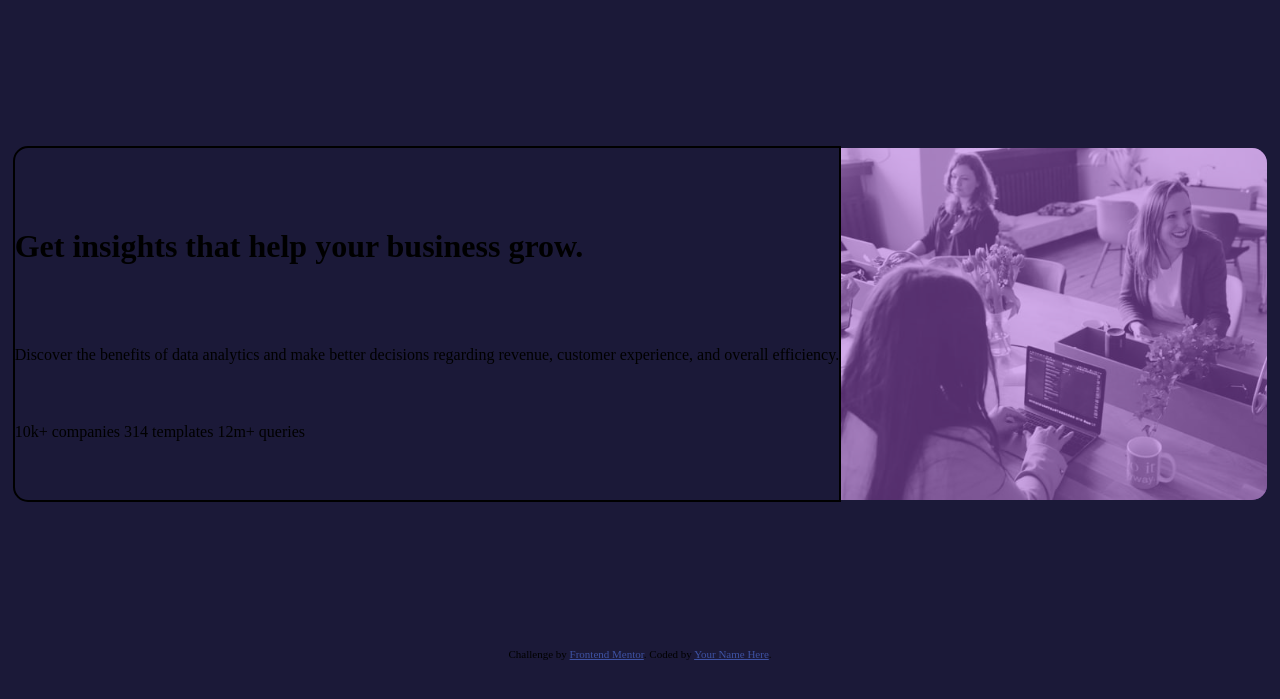
Repository: wasanmsn/Card_Challange
Page: index.html
An editor plug-in stored every save of this project. The page is shown before and after the next save, followed by the edit.
The browser window is 1280 px wide. The pictures show the whole page.

Above is the page before, as saved 2021-07-21 16:02:31.

### index.html
<!DOCTYPE html>
<html lang="en">

<head>
  <meta charset="UTF-8">
  <meta name="viewport" content="width=device-width, initial-scale=1.0">
  <!-- displays site properly based on user's device -->

  <link rel="icon" type="image/png" sizes="32x32" href="./images/favicon-32x32.png">
  <link rel="stylesheet" href="./stylesheet.css">

  <title>Frontend Mentor | Stats preview card component</title>

  <!-- Feel free to remove these styles or customise in your own stylesheet 👍 -->
  <style>
    .attribution {
      font-size: 11px;
      text-align: center;
    }

    .attribution a {
      color: hsl(228, 45%, 44%);
    }
  </style>
</head>

<body>
  <div class="container">
    <div class="column1">
      <h1>
        Get insights that help your business grow.
      </h1>
      <div>
        Discover the benefits of data analytics and make better decisions regarding revenue, customer
        experience, and overall efficiency.
      </div>
      <div>
        10k+ companies
        314 templates
        12m+ queries
      </div>
    </div>
      <div class="column2">
        <image id="img" src="./images/image-header-desktop.jpg">
    </div>
  </div>

  <div class="attribution">
    Challenge by <a href="https://www.frontendmentor.io?ref=challenge" target="_blank">Frontend Mentor</a>.
    Coded by <a href="#">Your Name Here</a>.
  </div>
</body>

</html>

### stylesheet.css
body{
    margin: 0;
    padding: 0;
    background-color: hsl(244, 38%, 16%);
}
.container{
    width: 100%;
    display: flex;
    height: 90vh;
    justify-content: center;
    align-items: center;

}
.column1{
    display: flex;
    flex-direction: column;
    justify-content: space-evenly;
    height: 22rem;
    border: 2px solid black;
    border-radius: 15px 0 0 15px;
    background-color: hsl(244, 38%, 16%);
}
.column2{
    height: 22rem;
    border-radius: 0 15px 15px 0;
    background-color: hsl(277, 64%, 61%);
}
#img{
    opacity: 0.5;
    height: 100%;
    border-radius: 0 15px 15px 0;
}

After the next save:
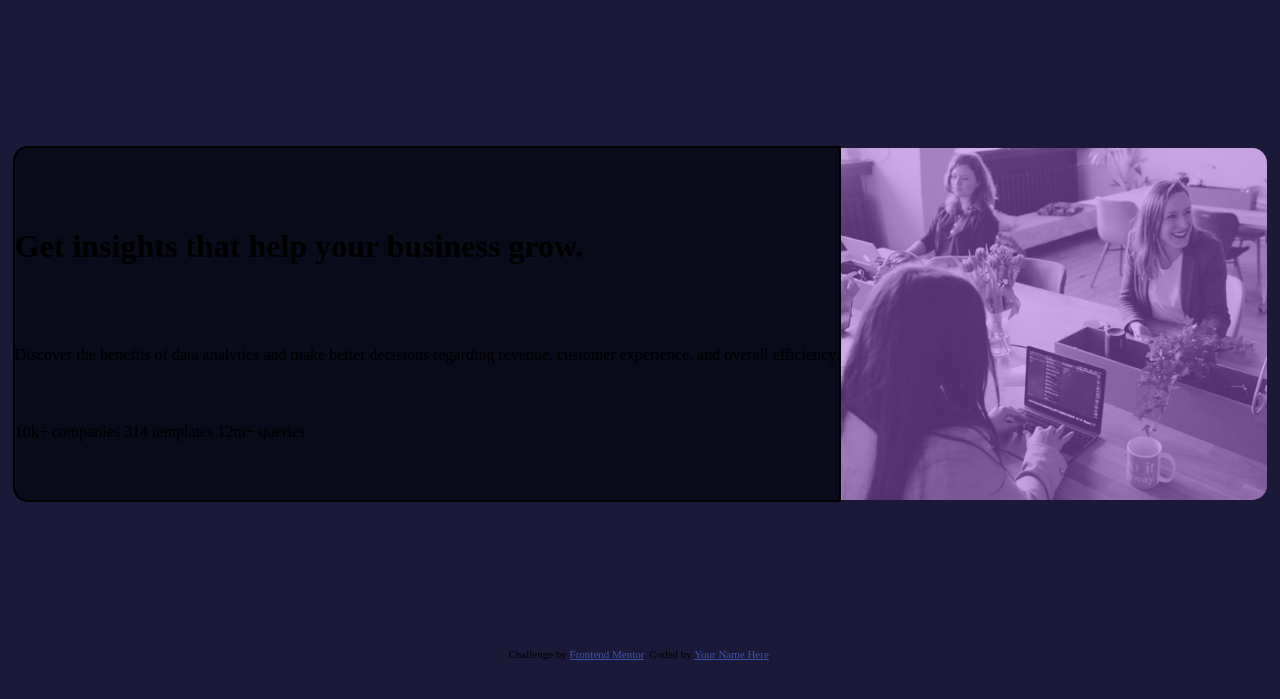
Saved 13 s later.
--- a/stylesheet.css
+++ b/stylesheet.css
@@ -18,7 +18,7 @@
     height: 22rem;
     border: 2px solid black;
     border-radius: 15px 0 0 15px;
-    background-color: hsl(244, 38%, 16%);
+    background-color: hsl(233, 47%, 7%);
 }
 .column2{
     height: 22rem;
